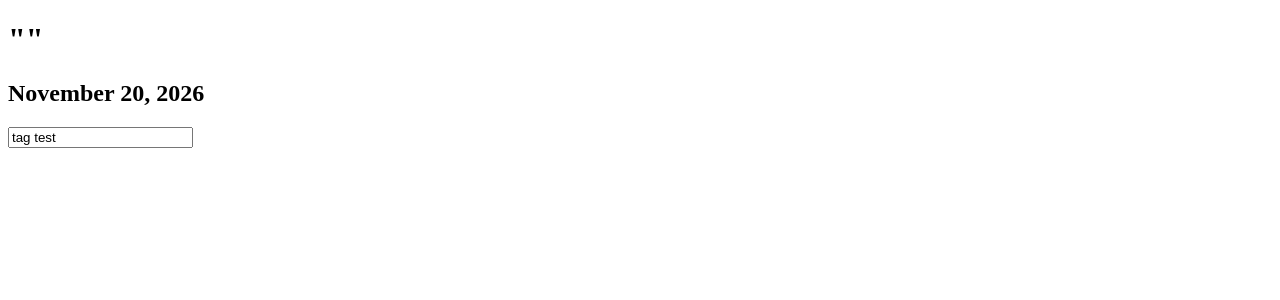
Repository: luckybright/springmvc
Page: http://localhost/springmvc/jsp/echo.jsp
The author's editor kept a copy of each file at every save. The page is drawn from the files as they stood at one save, then again after the next save.
The browser window is 1280 px wide. The pictures show the whole page.
The page is served by Tomcat 9. Nobody is signed in. The application's start-up code is not run. Other server files are loaded and not shown.

Above is the page before, as saved 2014-04-23 07:06:55.

### springmvc/WebContent/jsp/echo.jsp
<%@ page language="java" contentType="text/html; charset=UTF-8"
    pageEncoding="UTF-8"%>
<%@taglib prefix="site-utils" uri="/WEB-INF/tlds/site-utils.tld" %>
<!DOCTYPE html PUBLIC "-//W3C//DTD HTML 4.01 Transitional//EN" "http://www.w3.org/TR/html4/loose.dtd">
<html>
<head>
<meta http-equiv="Content-Type" content="text/html; charset=UTF-8">
<title>Insert title here</title>
</head>
<body>
<h1>"${aJspValue}"</h1>
<h2><site-utils:lastModified/></h2>
<site-utils:textInput/>
<form action="product/view.cmd"></form>
</body>
</html>

### springmvc/src/ming/tag/LastModifiedTag.java
package ming.tag;

import java.io.File;
import java.io.IOException;
import java.text.DateFormat;
import java.util.Date;

import javax.servlet.http.HttpServletRequest;
import javax.servlet.jsp.tagext.TagSupport;

public class LastModifiedTag extends TagSupport {
	private static final long serialVersionUID = -2463956816652901357L;

	public int doEndTag() {
		try {
			HttpServletRequest request = (HttpServletRequest) pageContext
					.getRequest();
			String path = pageContext.getServletContext().getRealPath(
					request.getServletPath());
			File file = new File(path);
			DateFormat formatter = DateFormat.getDateInstance(DateFormat.LONG);
			pageContext.getOut().println(
					formatter.format(new Date(file.lastModified())));
		} catch (IOException ignored) {
		}
		return EVAL_PAGE;
	}

}

### springmvc/src/ming/tag/TextInputTag.java
package ming.tag;

import java.io.IOException;

import javax.servlet.jsp.tagext.TagSupport;

public class TextInputTag extends TagSupport {

	private static final long serialVersionUID = -3451527101072326720L;

	public int doEndTag(){
		try {
			pageContext.getOut().println("<input type=\"text\" value=\"tag test\">");
		} catch (IOException ignored) {
		}
		return EVAL_PAGE;
	}
}

After the next save:
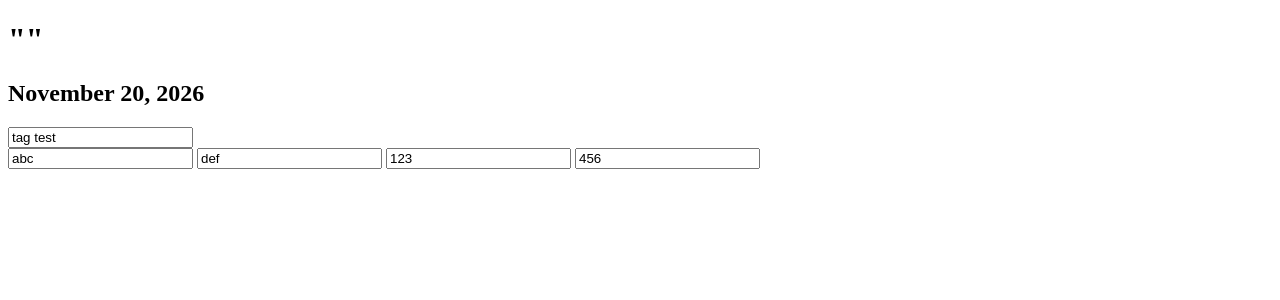
Saved 49 s later.
--- a/springmvc/WebContent/jsp/echo.jsp
+++ b/springmvc/WebContent/jsp/echo.jsp
@@ -11,6 +11,11 @@
 <h1>"${aJspValue}"</h1>
 <h2><site-utils:lastModified/></h2>
 <site-utils:textInput/>
-<form action="product/view.cmd"></form>
+<form action="product/view.cmd">
+<input type="text" value="abc" name="tablename">
+<input type="text" value="def" name="tablename">
+<input type="text" value="123" name="tablename">
+<input type="text" value="456" name="tablename">
+</form>
 </body>
 </html>
